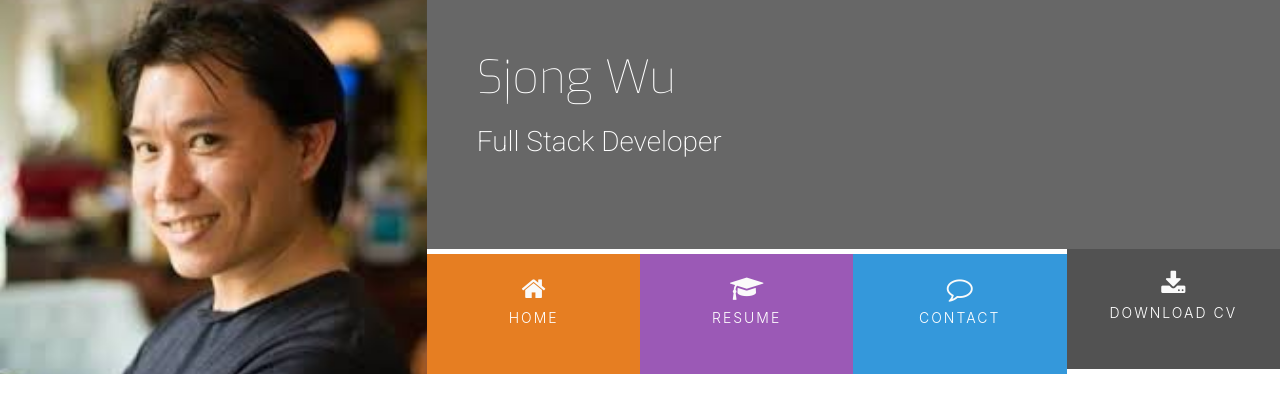
Repository: Scuzeme/codeinstitue-resume-project
Page: index.html
The author's editor kept a record of every edit. The page is drawn from the files as they stood at one moment, then again after the next edit.
The browser window is 1280 px wide. The pictures show the whole page.
Some web libraries are served in a nearby version.

Above is the page before.

### index.html
<!DOCTYPE html>
<html lang="en">
<head>
    <meta charset="UTF-8">
    <meta name="viewport" content="width=device-width, initial-scale=1.0">
    <meta http-equiv="X-UA-Compatible" content="ie=edge">
    <link rel="stylesheet" href="https://maxcdn.bootstrapcdn.com/bootstrap/4.2.1/css/bootstrap.min.css" type="text/css" />
    <link rel="stylesheet" href="https://maxcdn.bootstrapcdn.com/font-awesome/4.7.0/css/font-awesome.min.css" type="text/css" />
    <link rel="stylesheet" href="https://cdnjs.cloudflare.com/ajax/libs/hover.css/2.3.1/css/hover-min.css" type="text/css" />
    <link rel="stylesheet" href="assets/css/style.css">
    <title>SjongWu</title>
</head>
<body>
    <header>
        <div class="row no-gutters">
            <a class="col-md-4 logo" href="index.html"></a>
            <div class="col-md-8">
                <div class="row no-gutters bg-color-name-title">
                    <div class="col heading">
                        <h1 class="name">Sjong Wu</h1>
                        <h2 class="title"> Full Stack Developer</h2>
                    </div>
                </div>
                <div class="row no-gutters">
                    <div class="col">
                        <ul id="nav" class="list-inline menucontainer">
                            <li class="col-6 col-sm-3 ui-menu-color-home list-inline-item menuitem">
                                <a href="#" class="hvr-sweep-to-bottom"><i class="fa fa-home" aria-hidden="true"></i><span>Home</span></a>
                            </li>
                            <li class="col-6 col-sm-3 ui-menu-color-resume list-inline-item menuitem">
                                <a href="#" class="hvr-sweep-to-bottom"><i class="fa fa-graduation-cap" aria-hidden="true"></i><span>Resume</span></a>
                            </li>
                            <li class="col-6 col-sm-3 ui-menu-color-contact list-inline-item menuitem">
                                <a href="#" class="hvr-sweep-to-bottom"><i class="fa fa-comment-o" aria-hidden="true"></i><span>Contact</span></a>
                            </li>
                            <li class="col-6 col-sm-3 ui-menu-color-download list-inline-item menuitem">
                                <a href="#"><i class="fa fa-download" aria-hidden="true"></i><span>Download CV</span></a>
                            </li>
                        </ul>
                    </div>
                </div>
            </div>
        </div>
    </header>
    <section>

    </section>
    <footer>

    </footer>
</body>
</html>

### assets/css/style.css
@import url('https://fonts.googleapis.com/css?family=Roboto:100,200,300,400,500,600,700|Exo :100,200,300,400,500,600,700');


/*----------------------Colours*/

header {
    margin:0;
}

.logo {
    background:url("../images/sjongwu.jpeg");
    background-position: center;
    background-repeat:no-repeat;
    background-size:cover;
    min-height:360px;
    transition:all .5s ease-in-out;
    -moz-transition:all .5s ease-in-out;
    -webkit-transition:all .5s ease-in-out;
}

.bg-color-name-title {
    background-color:#676767;
}

.heading {
    margin-left:50px;
}

.ui-menu-color-home {
    background-color:#e67e22;
}
.ui-menu-color-resume {
    background-color:#9b59b6;
}
.ui-menu-color-contact {
    background-color:#3498db;
}
.ui-menu-color-download {
    background-color:#525252;
}

/*----------------------Colours*/

.name {
    font-family:"Exo", sans-serif;
    font-weight:100;
    font-size:46px;
    margin-top:50px;
    color:#fff;
}

.title {
    font-family:"Roboto", sans-serif;
    font-weight:200;
    font-size:28px;
    margin-top:20px;
    margin-bottom: 90px;
    color:#fff;
}



.list-inline-item:not(:last-child) {
    margin:0;
}

.menucontainer {
    font-size:0;
}
#nav{
    margin:0;
}


#nav li{
    font-size:14px;
    padding:0;
}

.menuitem{
    height:120px;
    text-align:center;
    padding:0;
}

.menuitem a{
    width:100%;
    text-decoration:none;
    color:#fff;
    height:120px;
}

.menuitem a i {
    padding-top:22px;
    display:block;
    color:#fafafa;
    font-size:26px;
}

.menuitem span{
    display:block;
    width:100%;
    padding-top:5px;
    text-align:center;
    text-transform:uppercase;
    font-size:14px;
    font-weight:300;
    letter-spacing:2px;
}


/*----hover.css*/

.hvr-sweep-to-bottom:before{
    background-color:rgba(0,0,0,0.2);
    height:120px;
}

After the next edit:
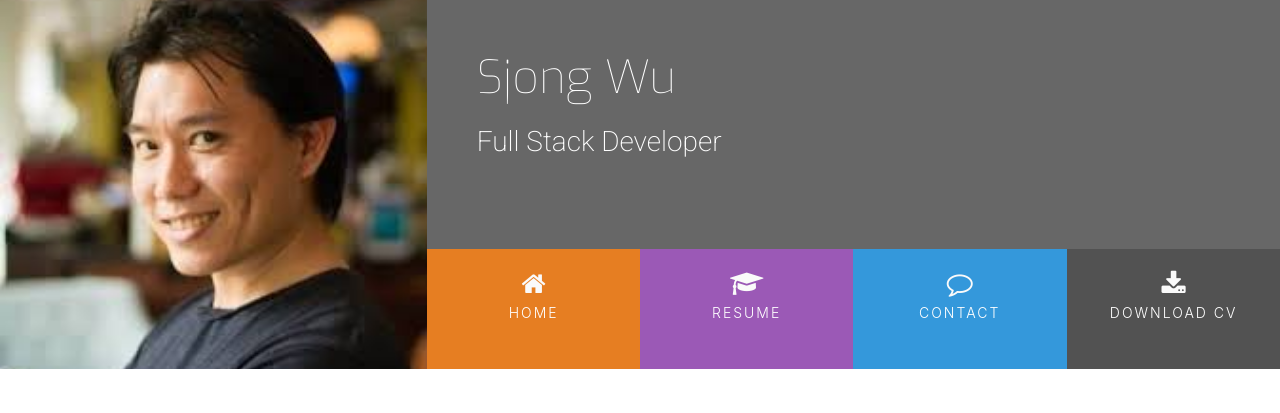
The edit:
--- a/index.html
+++ b/index.html
@@ -34,7 +34,7 @@
                                 <a href="#" class="hvr-sweep-to-bottom"><i class="fa fa-comment-o" aria-hidden="true"></i><span>Contact</span></a>
                             </li>
                             <li class="col-6 col-sm-3 ui-menu-color-download list-inline-item menuitem">
-                                <a href="#"><i class="fa fa-download" aria-hidden="true"></i><span>Download CV</span></a>
+                                <a href="#" class="hvr-sweep-to-bottom"><i class="fa fa-download" aria-hidden="true"></i><span>Download CV</span></a>
                             </li>
                         </ul>
                     </div>
